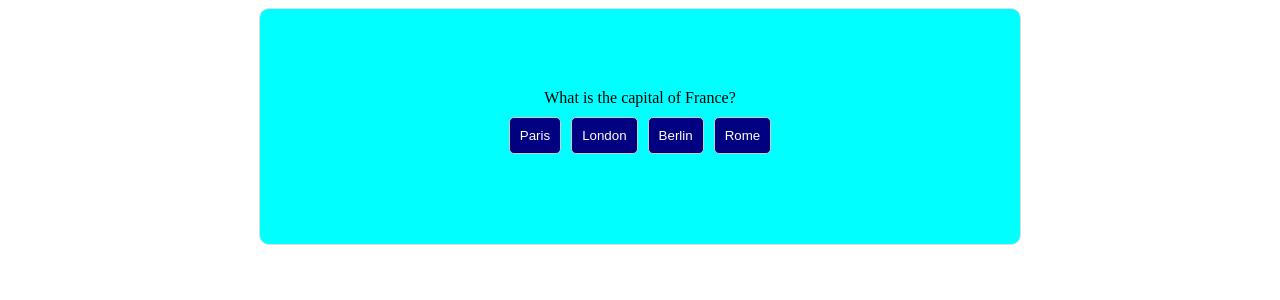
Repository: muteedwaheed/quiz-app
Page: test.html
An editor plug-in stored every save of this project. The page is shown before and after the next save, followed by the edit.
The browser window is 1280 px wide. The pictures show the whole page.

Above is the page before, as saved 2024-06-23 02:06:07.

### test.html
<!DOCTYPE html>
<html lang="en">
  <head>
    <meta charset="UTF-8" />
    <meta name="viewport" content="width=device-width, initial-scale=1.0" />
    <title>quiz app</title>
    <link rel="stylesheet" href="./test.css">
  </head>
  <body>

    <div class="quiz-container">
      <div id="question-container">
        <div id="question">Question text</div>
        <div id="options-container"></div>
      </div>
    </div>

    <script src="./test.js"></script>
  </body>
</html>

### test.css
.hidden { display: none; }
.quiz-container {
  max-width: 600px;
  margin: 0 auto;
  text-align: center;
  padding: 80px;
  border: 1px solid #ddd;
  border-radius: 10px;
  background-color:aqua
}
.option {
  display: block;
  margin: 10px 0;
  padding: 10px;
  background-color:navy;
  color:white;
  border: 1px solid #ccc;
  border-radius: 5px;
  cursor: pointer;
}
#options-container {
  display: flex;
  justify-content: center;
  gap: 10px;
  flex-wrap: wrap;
}
.option:hover {
  background-color: #ddd;
}

### test.js
const quiz = [
  {
    questions: [
      {
        question: "What is the capital of France?",
        options: [
          {
            answerText: "Paris",
            isCorrect: true,
          },
          {
            answerText: "London",
            isCorrect: false,
          },
          {
            answerText: "Berlin",
            isCorrect: false,
          },
          {
            answerText: "Rome",
            isCorrect: false,
          },
        ],
      },
      {
        question: "Which of the following are primary colors?",
        options: [
          {
            answerText: "Red",
            isCorrect: true,
          },
          {
            answerText: "Green",
            isCorrect: false,
          },
          {
            answerText: "Blue",
            isCorrect: true,
          },
          {
            answerText: "Yellow",
            isCorrect: true,
          },
        ],
      },
      {
        question: "Who wrote the play 'Romeo and Juliet'?",
        options: [
          {
            answerText: "William Shakespeare",
            isCorrect: true,
          },
          {
            answerText: "Jane Austen",
            isCorrect: false,
          },
          {
            answerText: "Charles Dickens",
            isCorrect: false,
          },
          {
            answerText: "Leo Tolstoy",
            isCorrect: false,
          },
        ],
      },
      {
        question: "Which of the following are programming languages?",
        options: [
          {
            answerText: "Java",
            isCorrect: true,
          },
          {
            answerText: "Banana",
            isCorrect: false,
          },
          {
            answerText: "Python",
            isCorrect: true,
          },
          {
            answerText: "Orange",
            isCorrect: false,
          },
        ],
      },
      {
        question: "What are the colors of the rainbow?",
        options: [
          {
            answerText: "Red",
            isCorrect: true,
          },
          {
            answerText: "Green",
            isCorrect: false,
          },
          {
            answerText: "Blue",
            isCorrect: true,
          },
          {
            answerText: "Yellow",
            isCorrect: true,
          },
        ],
      },
      {
        question: "Which planet is known as the 'Red Planet'?",
        options: [
          {
            answerText: "Mars",
            isCorrect: true,
          },
          {
            answerText: "Venus",
            isCorrect: false,
          },
          {
            answerText: "Jupiter",
            isCorrect: false,
          },
          {
            answerText: "Saturn",
            isCorrect: false,
          },
        ],
      },
      {
        question: "What are the main components of air?",
        options: [
          {
            answerText: "Oxygen",
            isCorrect: true,
          },
          {
            answerText: "Carbon Dioxide",
            isCorrect: true,
          },
          {
            answerText: "Nitrogen",
            isCorrect: true,
          },
          {
            answerText: "Argon",
            isCorrect: false,
          },
        ],
      },
      {
        question: "Which animals lay eggs?",
        options: [
          {
            answerText: "Dogs",
            isCorrect: false,
          },
          {
            answerText: "Cats",
            isCorrect: false,
          },
          {
            answerText: "Birds",
            isCorrect: true,
          },
          {
            answerText: "Frogs",
            isCorrect: true,
          },
        ],
      },
      {
        question: "What is the capital of Japan?",
        options: [
          {
            answerText: "Tokyo",
            isCorrect: true,
          },
          {
            answerText: "Beijing",
            isCorrect: false,
          },
          {
            answerText: "Seoul",
            isCorrect: false,
          },
          {
            answerText: "Bangkok",
            isCorrect: false,
          },
        ],
      },
      {
        question: "Which of the following are fruits?",
        options: [
          {
            answerText: "Carrot",
            isCorrect: false,
          },
          {
            answerText: "Apple",
            isCorrect: true,
          },
          {
            answerText: "Potato",
            isCorrect: false,
          },
          {
            answerText: "Banana",
            isCorrect: true,
          },
        ],
      },
      {
        question: "Who is credited with inventing the telephone?",
        options: [
          {
            answerText: "Thomas Edison",
            isCorrect: false,
          },
          {
            answerText: "Alexander Graham Bell",
            isCorrect: true,
          },
          {
            answerText: "Nikola Tesla",
            isCorrect: false,
          },
          {
            answerText: "Albert Einstein",
            isCorrect: false,
          },
        ],
      },
      {
        question: "Which of the following are mammals?",
        options: [
          {
            answerText: "Dolphin",
            isCorrect: true,
          },
          {
            answerText: "Shark",
            isCorrect: false,
          },
          {
            answerText: "Salmon",
            isCorrect: false,
          },
          {
            answerText: "Octopus",
            isCorrect: false,
          },
        ],
      },
      {
        question: "What is the largest planet in our solar system?",
        options: [
          {
            answerText: "Jupiter",
            isCorrect: true,
          },
          {
            answerText: "Mars",
            isCorrect: false,
          },
          {
            answerText: "Saturn",
            isCorrect: false,
          },
          {
            answerText: "Neptune",
            isCorrect: false,
          },
        ],
      },
      {
        question: "Which of the following are programming languages?",
        options: [
          {
            answerText: "Ruby",
            isCorrect: true,
          },
          {
            answerText: "Lemon",
            isCorrect: false,
          },
          {
            answerText: "C++",
            isCorrect: true,
          },
          {
            answerText: "Grapes",
            isCorrect: false,
          },
        ],
      },
      {
        question: "What are the primary colors in painting?",
        options: [
          {
            answerText: "Red",
            isCorrect: true,
          },
          {
            answerText: "Green",
            isCorrect: false,
          },
          {
            answerText: "Blue",
            isCorrect: true,
          },
          {
            answerText: "Orange",
            isCorrect: false,
          },
        ],
      },
      {
        question: "Which of the following are elements on the periodic table?",
        options: [
          {
            answerText: "Carbon",
            isCorrect: true,
          },
          {
            answerText: "Gold",
            isCorrect: true,
          },
          {
            answerText: "Silver",
            isCorrect: true,
          },
          {
            answerText: "Ruby",
            isCorrect: false,
          },
        ],
      },
      {
        question: "Which of the following are European countries?",
        options: [
          {
            answerText: "Germany",
            isCorrect: true,
          },
          {
            answerText: "Brazil",
            isCorrect: false,
          },
          {
            answerText: "Spain",
            isCorrect: true,
          },
          {
            answerText: "Australia",
            isCorrect: false,
          },
        ],
      },
      {
        question: "What are the primary colors of light?",
        options: [
          {
            answerText: "Red",
            isCorrect: true,
          },
          {
            answerText: "Green",
            isCorrect: true,
          },
          {
            answerText: "Blue",
            isCorrect: true,
          },
          {
            answerText: "Yellow",
            isCorrect: false,
          },
        ],
      },
      {
        question:
          "Which of the following are parts of the human digestive system?",
        options: [
          {
            answerText: "Stomach",
            isCorrect: true,
          },
          {
            answerText: "Lungs",
            isCorrect: false,
          },
          {
            answerText: "Brain",
            isCorrect: false,
          },
          {
            answerText: "Liver",
            isCorrect: true,
          },
        ],
      },
      {
        question: "What is the currency of Japan?",
        options: [
          {
            answerText: "Yen",
            isCorrect: true,
          },
          {
            answerText: "Dollar",
            isCorrect: false,
          },
          {
            answerText: "Pound",
            isCorrect: false,
          },
          {
            answerText: "Euro",
            isCorrect: false,
          },
        ],
      },
      {
        question: "Which of the following are elements?",
        options: [
          {
            answerText: "Oxygen",
            isCorrect: true,
          },
          {
            answerText: "Sun",
            isCorrect: false,
          },
          {
            answerText: "Moon",
            isCorrect: false,
          },
          {
            answerText: "Earth",
            isCorrect: false,
          },
        ],
      },
      {
        question: "What is the largest ocean on Earth?",
        options: [
          {
            answerText: "Pacific Ocean",
            isCorrect: true,
          },
          {
            answerText: "Indian Ocean",
            isCorrect: false,
          },
          {
            answerText: "Atlantic Ocean",
            isCorrect: false,
          },
          {
            answerText: "Arctic Ocean",
            isCorrect: false,
          },
        ],
      },
      {
        question: "Which of the following are programming languages?",
        options: [
          {
            answerText: "Python",
            isCorrect: true,
          },
          {
            answerText: "Carrot",
            isCorrect: false,
          },
          {
            answerText: "Ruby",
            isCorrect: true,
          },
          {
            answerText: "Cucumber",
            isCorrect: false,
          },
        ],
      },
      {
        question: "What is the chemical symbol for water?",
        options: [
          {
            answerText: "H2O",
            isCorrect: true,
          },
          {
            answerText: "CO2",
            isCorrect: false,
          },
          {
            answerText: "N2",
            isCorrect: false,
          },
          {
            answerText: "O2",
            isCorrect: false,
          },
        ],
      },
    ],
  },
];
let currentQuestionIndex = 0;

// const questionContainer = document.getElementById('question-container');
const questionElement = document.getElementById('question');
const optionsContainer = document.getElementById('options-container');

function showQuestion(questionIndex) {
  const question = quiz[0].questions[questionIndex];
  questionElement.textContent = question.question;
  optionsContainer.innerHTML = '';
  question.options.forEach((option, index) => {
    const button = document.createElement('button');
    button.textContent = option.answerText;
    button.classList.add('option');
    button.onclick = () => checkAnswer(option.isCorrect);
    optionsContainer.appendChild(button);
  });
}

function checkAnswer(isCorrect) {
  if (isCorrect) {
    currentQuestionIndex++;
    if (currentQuestionIndex < quiz[0].questions.length) {
      showQuestion(currentQuestionIndex);
    } else {
      questionContainer.innerHTML = '<h2>You have completed the quiz!</h2>';
    }
  } else {
    alert('Incorrect, try again.');
  }
}

// Start the quiz
showQuestion(currentQuestionIndex);

After the next save:
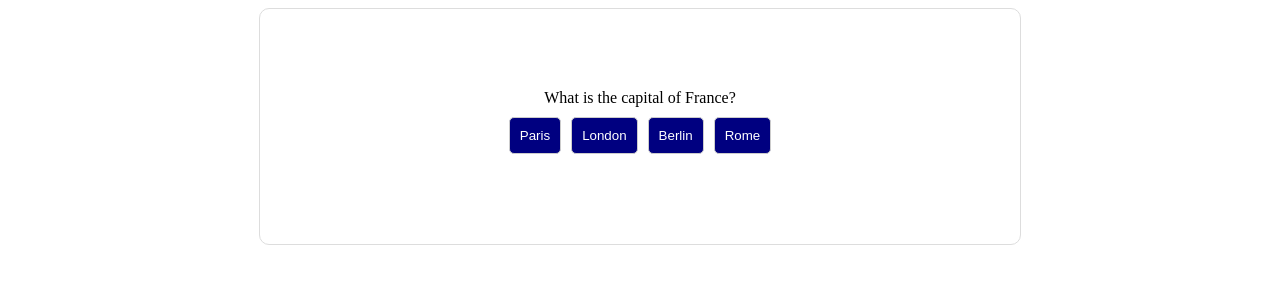
Saved 64 s later.
--- a/test.css
+++ b/test.css
@@ -6,7 +6,7 @@
   padding: 80px;
   border: 1px solid #ddd;
   border-radius: 10px;
-  background-color:aqua
+  /* background-color:aqua */
 }
 .option {
   display: block;
